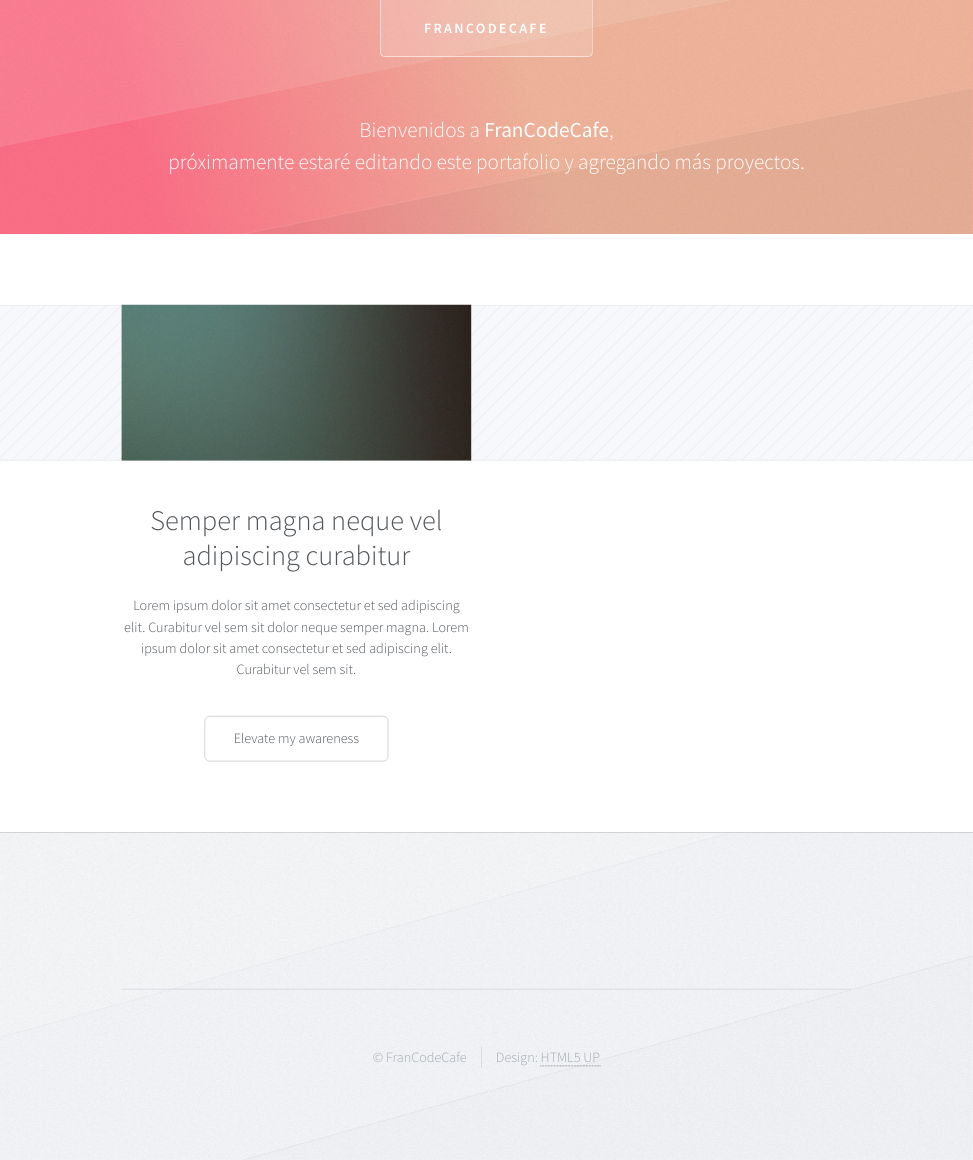
Repository: FranCodeCafe/francodecafe.github.io
Page: index.html
The author's editor kept a copy of each file at every save. The page is drawn from the files as they stood at one save, then again after the next save.
The browser window is 1280 px wide. The pictures show the whole page, at 76% of full size.

Above is the page before, as saved 2020-01-22 14:14:58.

### index.html
<!DOCTYPE HTML>
<!--
	Telephasic by HTML5 UP
	html5up.net | @n33co
	Free for personal and commercial use under the CCA 3.0 license (html5up.net/license)
-->
<html>
	<head>
		<title>FranCodeCafe</title>
		<meta http-equiv="content-type" content="text/html; charset=utf-8" />
		<meta name="description" content="" />
		<meta name="keywords" content="" />
		<!--[if lte IE 8]><script src="css/ie/html5shiv.js"></script><![endif]-->
		<script src="js/jquery.min.js"></script>
		<script src="js/jquery.dropotron.min.js"></script>
		<script src="js/skel.min.js"></script>
		<script src="js/skel-layers.min.js"></script>
		<script src="js/init.js"></script>
		<noscript>
			<link rel="stylesheet" href="css/skel.css" />
			<link rel="stylesheet" href="css/style.css" />
		</noscript>
		<!--[if lte IE 8]><link rel="stylesheet" href="css/ie/v8.css" /><![endif]-->
	</head>
	<body class="homepage">

		<!-- Header -->
			<div id="header-wrapper">
				<div id="header" class="container">

					<!-- Logo -->
						<h1 id="logo"><a href="index.html">FranCodeCafe</a></h1>

					<!-- Nav -->
						<!-- <nav id="nav">
							<ul>
								<li>
									<a href="">Dropdown</a>
									<ul>
										<li><a href="#">Lorem ipsum dolor</a></li>
										<li><a href="#">Magna phasellus</a></li>
										<li><a href="#">Etiam dolore nisl</a></li>
										<li>
											<a href="">Phasellus consequat</a>
											<ul>
												<li><a href="#">Lorem ipsum dolor</a></li>
												<li><a href="#">Phasellus consequat</a></li>
												<li><a href="#">Magna phasellus</a></li>
												<li><a href="#">Etiam dolore nisl</a></li>
											</ul>
										</li>
										<li><a href="#">Veroeros feugiat</a></li>
									</ul>
								</li>
								<li><a href="left-sidebar.html">Left Sidebar</a></li>
								<li class="break"><a href="right-sidebar.html">Right Sidebar</a></li>
								<li><a href="no-sidebar.html">No Sidebar</a></li>
							</ul>
						</nav> -->

				</div>

				<!-- Hero -->
					<section id="hero" class="container">
						<!-- <header>
							<h2>Telephasic is a responsive
							<br />
							site template by <a href="http://html5up.net">HTML5 UP</a></h2>
						</header> -->
						<p>Bienvenidos a <strong>FranCodeCafe</strong>,
						<br />
						próximamente estaré editando este portafolio y agregando más proyectos.</p>
						<!-- <ul class="actions">
							<li><a href="#" class="button">Get this party started</a></li>
						</ul> -->
					</section>

			</div>

		<!-- Features 1 -->
			<div class="wrapper">
				<div class="container">
					<div class="row">
						<section class="6u 12u(narrower) feature">
							<div class="image-wrapper first">
								<a href="#" class="image featured first"><img src="images/pic01.jpg" alt="" /></a>
							</div>
							<header>
								<h2>Semper magna neque vel<br />
								adipiscing curabitur</h2>
							</header>
							<p>Lorem ipsum dolor sit amet consectetur et sed adipiscing elit. Curabitur vel
							sem sit dolor neque semper magna. Lorem ipsum dolor sit amet consectetur et sed
							adipiscing elit. Curabitur vel sem sit.</p>
							<ul class="actions">
								<li><a href="#" class="button">Elevate my awareness</a></li>
							</ul>
						</section>
						<!-- <section class="6u 12u(narrower) feature">
							<div class="image-wrapper">
								<a href="#" class="image featured"><img src="images/pic02.jpg" alt="" /></a>
							</div>
							<header>
								<h2>Amet lorem ipsum dolor<br />
								sit consequat magna</h2>
							</header>
							<p>Lorem ipsum dolor sit amet consectetur et sed adipiscing elit. Curabitur vel
							sem sit dolor neque semper magna. Lorem ipsum dolor sit amet consectetur et sed
							adipiscing elit. Curabitur vel sem sit.</p>
							<ul class="actions">
								<li><a href="#" class="button">Elevate my awareness</a></li>
							</ul>
						</section> -->
					</div>
				</div>
			</div>

		<!-- Promo -->
			<!-- <div id="promo-wrapper">
				<section id="promo">
					<h2>Neque semper magna et lorem ipsum adipiscing</h2>
					<a href="#" class="button">Breach the thresholds</a>
				</section>
			</div> -->

		<!-- Features 2 -->
			<!-- <div class="wrapper">
				<section class="container">
					<header class="major">
						<h2>Sed magna consequat lorem curabitur tempus</h2>
						<p>Elit aliquam vulputate egestas euismod nunc semper vehicula lorem blandit</p>
					</header>
					<div class="row features">
						<section class="4u 12u(narrower) feature">
							<div class="image-wrapper first">
								<a href="#" class="image featured"><img src="images/pic03.jpg" alt="" /></a>
							</div>
							<p>Lorem ipsum dolor sit amet consectetur et sed adipiscing elit. Curabitur
							vel sem sit dolor neque semper magna lorem ipsum.</p>
						</section>
						<section class="4u 12u(narrower) feature">
							<div class="image-wrapper">
								<a href="#" class="image featured"><img src="images/pic04.jpg" alt="" /></a>
							</div>
							<p>Lorem ipsum dolor sit amet consectetur et sed adipiscing elit. Curabitur
							vel sem sit dolor neque semper magna lorem ipsum.</p>
						</section>
						<section class="4u 12u(narrower) feature">
							<div class="image-wrapper">
								<a href="#" class="image featured"><img src="images/pic05.jpg" alt="" /></a>
							</div>
							<p>Lorem ipsum dolor sit amet consectetur et sed adipiscing elit. Curabitur
							vel sem sit dolor neque semper magna lorem ipsum.</p>
						</section>
					</div>
					<ul class="actions major">
						<li><a href="#" class="button">Elevate my awareness</a></li>
					</ul>
				</section>
			</div>
 -->
		<!-- Footer -->
			<div id="footer-wrapper">
				<div id="footer" class="container">
					<!-- <header class="major">
						<h2>Euismod aliquam vehicula lorem</h2>
						<p>Lorem ipsum dolor sit amet consectetur et sed adipiscing elit. Curabitur vel sem sit<br />
						dolor neque semper magna lorem ipsum feugiat veroeros lorem ipsum dolore.</p>
					</header>
					<div class="row">
						<section class="6u 12u(narrower)">
							<form method="post" action="#">
								<div class="row 50%">
									<div class="6u 12u(mobile)">
										<input name="name" placeholder="Name" type="text" />
									</div>
									<div class="6u 12u(mobile)">
										<input name="email" placeholder="Email" type="text" />
									</div>
								</div>
								<div class="row 50%">
									<div class="12u">
										<textarea name="message" placeholder="Message"></textarea>
									</div>
								</div>
								<div class="row 50%">
									<div class="12u">
										<ul class="actions">
											<li><input type="submit" value="Send Message" /></li>
											<li><input type="reset" value="Clear form" /></li>
										</ul>
									</div>
								</div>
							</form>
						</section>
						<section class="6u 12u(narrower)">
							<div class="row 0%">
								<ul class="divided icons 6u 12u(mobile)">
									<li class="icon fa-twitter"><a href="#"><span class="extra">twitter.com/</span>untitled</a></li>
									<li class="icon fa-facebook"><a href="#"><span class="extra">facebook.com/</span>untitled</a></li>
									<li class="icon fa-dribbble"><a href="#"><span class="extra">dribbble.com/</span>untitled</a></li>
								</ul>
								<ul class="divided icons 6u 12u(mobile)">
									<li class="icon fa-instagram"><a href="#"><span class="extra">instagram.com/</span>untitled</a></li>
									<li class="icon fa-youtube"><a href="#"><span class="extra">youtube.com/</span>untitled</a></li>
									<li class="icon fa-pinterest"><a href="#"><span class="extra">pinterest.com/</span>untitled</a></li>
								</ul>
							</div>
						</section>
					</div> -->
				</div>
				<div id="copyright" class="container">
					<ul class="menu">
						<li>&copy; FranCodeCafe</li><li>Design: <a href="http://html5up.net">HTML5 UP</a></li>
					</ul>
				</div>
			</div>

	</body>
</html>

### css/style-normal.css
/*
	Telephasic by HTML5 UP
	html5up.net | @n33co
	Free for personal and commercial use under the CCA 3.0 license (html5up.net/license)
*/

/*********************************************************************************/
/* Basic                                                                         */
/*********************************************************************************/

	body,input,textarea,select
	{
		line-height: 1.5em;
		font-size: 14pt;
	}

	span.extra
	{
		display: none;
	}

/*********************************************************************************/
/* Wrappers                                                                      */
/*********************************************************************************/

	.wrapper
	{
		padding: 5em 0 5em 0;
	}

	#header-wrapper
	{
		padding: 2em 0 em 0;
	}

		.homepage #header-wrapper
		{
			padding: 8em 0 4em 0;
		}

	#promo-wrapper
	{
		padding: 5em 0 5em 0;
	}

	#footer-wrapper
	{
		padding: 5em 0 5em 0;
	}

Loaded but not shown: js/jquery.min.js (library); js/jquery.dropotron.min.js (library); js/skel.min.js (library); js/skel-layers.min.js (library); css/font-awesome.min.css (library); js/init.js (92 lines, source omitted); css/style.css (938 lines, source omitted)

After the next save:
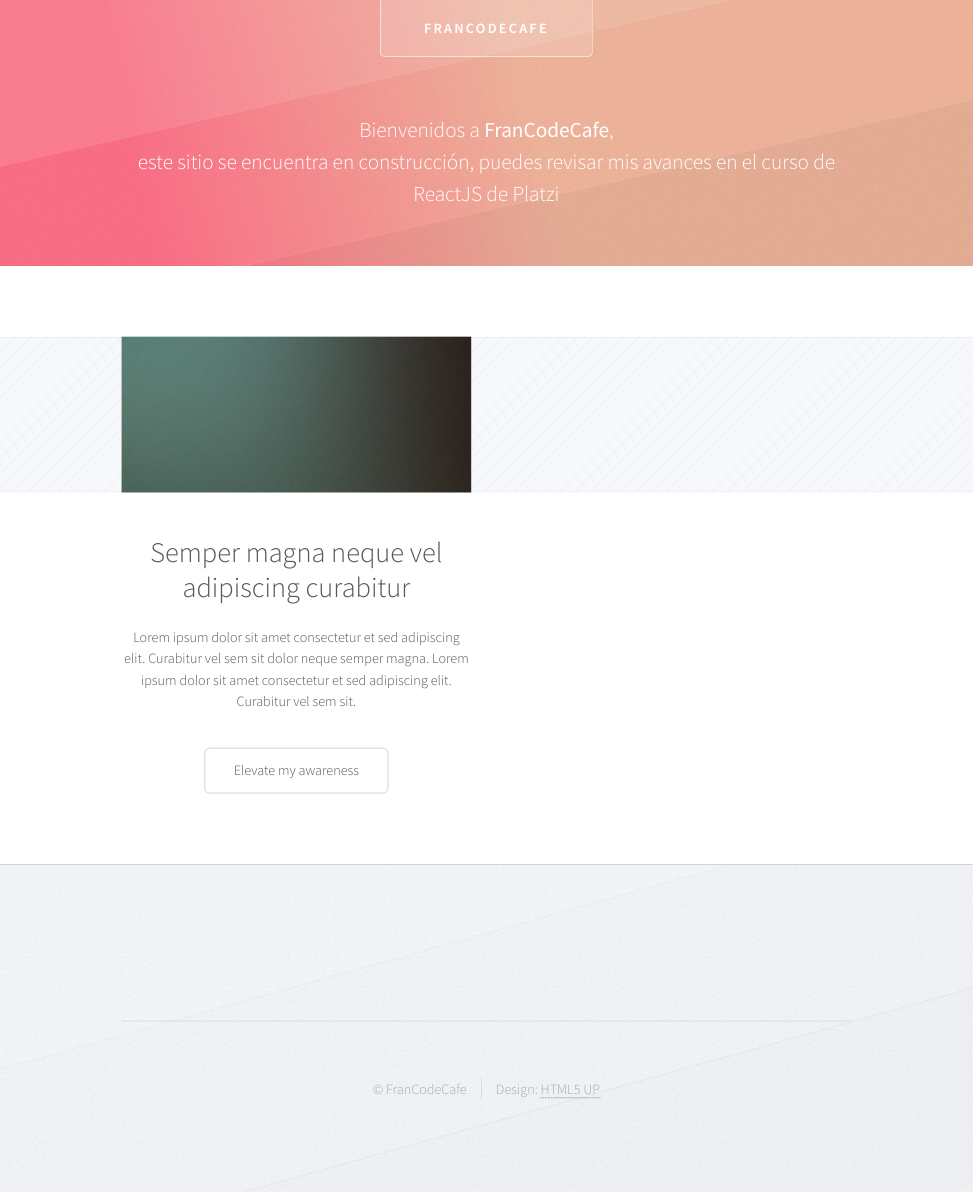
Saved 53 s later.
--- a/index.html
+++ b/index.html
@@ -69,7 +69,7 @@
 						</header> -->
 						<p>Bienvenidos a <strong>FranCodeCafe</strong>,
 						<br />
-						próximamente estaré editando este portafolio y agregando más proyectos.</p>
+						este sitio se encuentra en construcción, puedes revisar mis avances en el curso de ReactJS de Platzi</p>
 						<!-- <ul class="actions">
 							<li><a href="#" class="button">Get this party started</a></li>
 						</ul> -->
